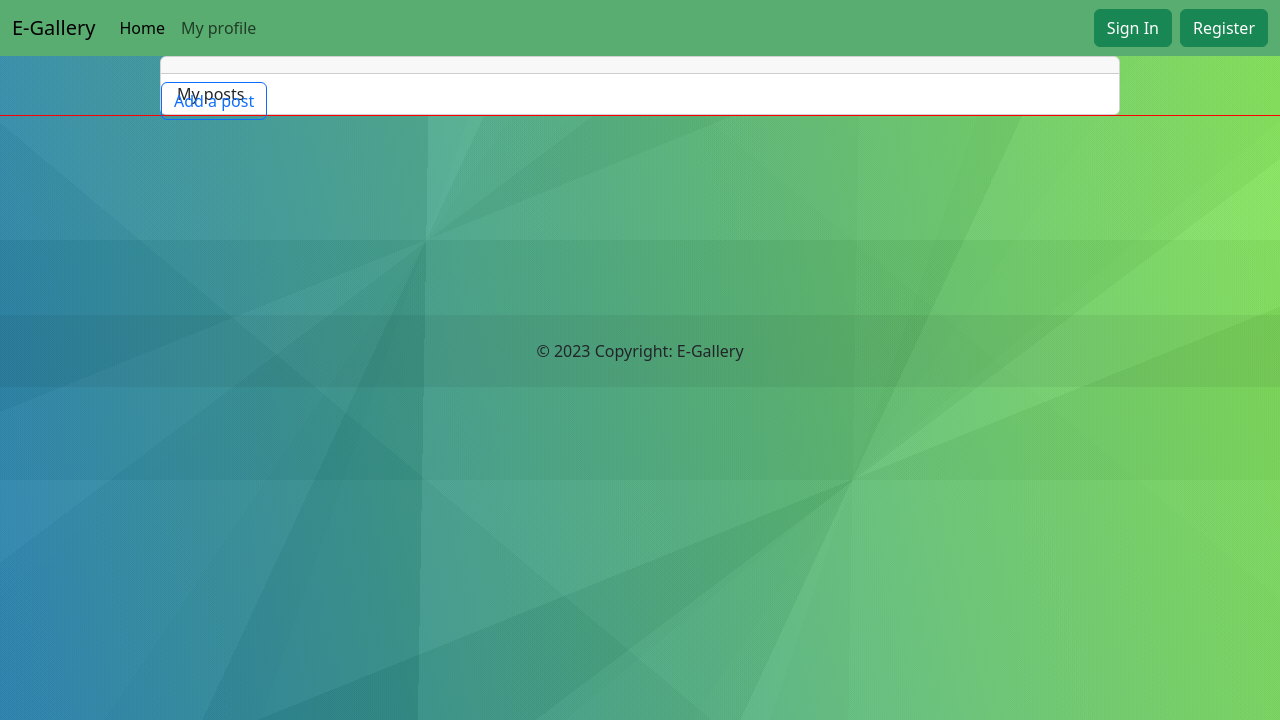
Repository: NicolasMartiel/ProjetJEE
Page: http://localhost/myprofile
These files come from the project's save history. The page is drawn as it stood at one moment and after the next save; the edit follows.
The browser window is 1280 px wide. The pictures show the whole page.
The page is this project's Thymeleaf template; nobody is signed in. The template is opened directly, without the code that normally fills it, so the values that code supplies are empty.

Above is the page before, as saved 2023-11-05 22:45:37.

After the next save:
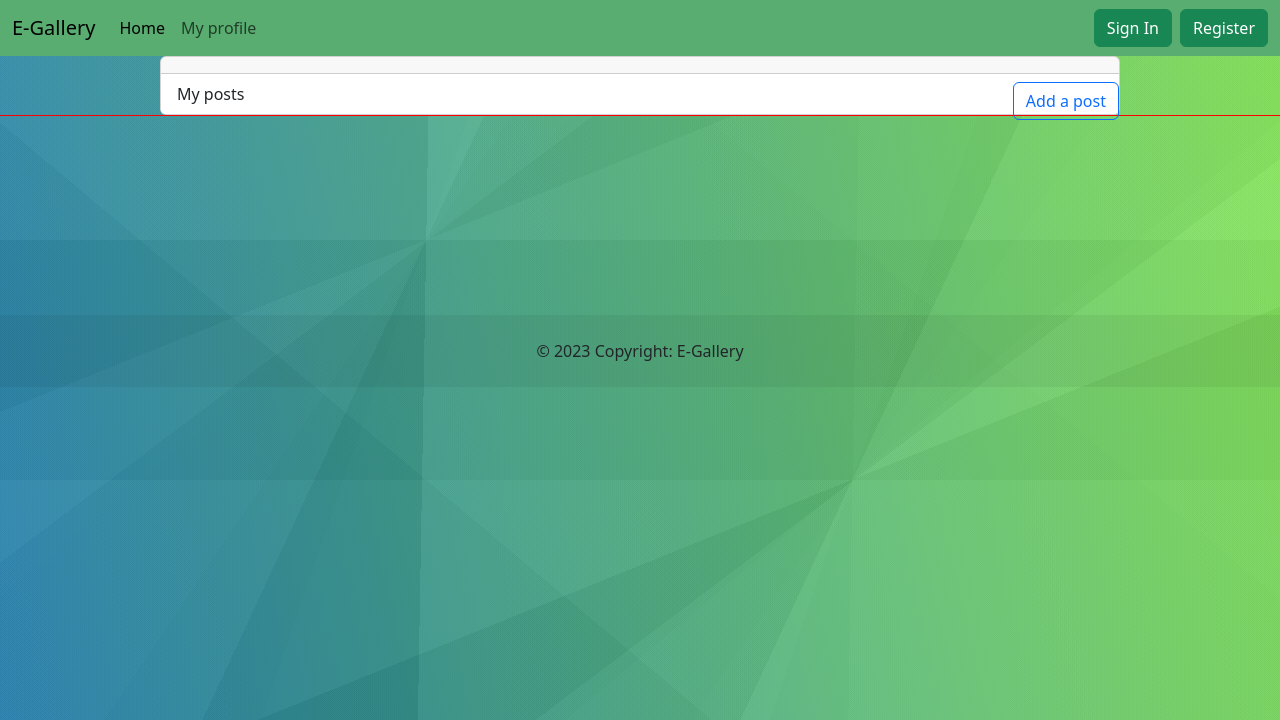
Saved 6 s later.
--- a/webapp/src/main/resources/static/css/index.css
+++ b/webapp/src/main/resources/static/css/index.css
@@ -97,6 +97,6 @@ body {
 ._position {
 
 	position: absolute;
-	left:0;
+	right:0;
 
 }
